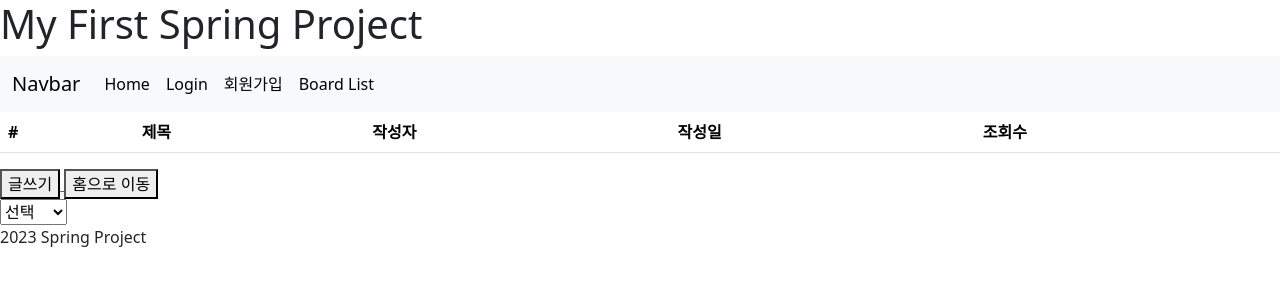
Repository: HongSeungBo/secondspring
Page: http://localhost/spring_test/WEB-INF/views/board/list.jsp
An editor plug-in stored every save of this project. The page is shown before and after the next save, followed by the edit.
The browser window is 1280 px wide. The pictures show the whole page.
The page is served by Tomcat 9. Nobody is signed in. The template is opened directly, without the code that normally fills it, so the values that code supplies are empty.

Above is the page before, as saved 2023-10-10 07:19:21.

After the next save:
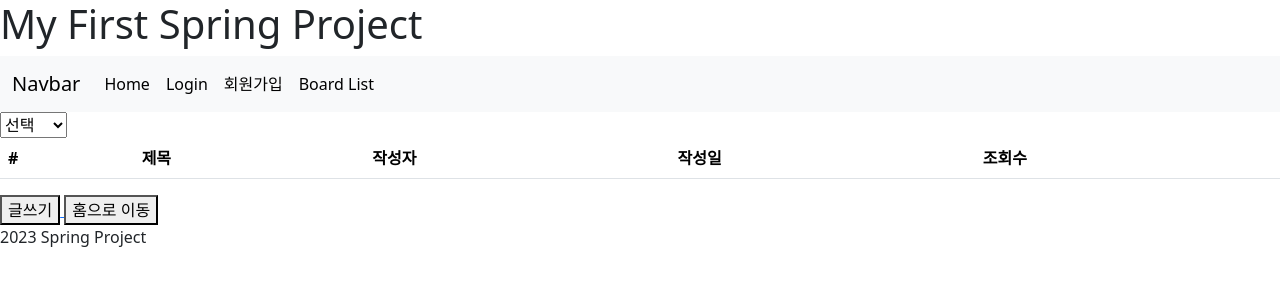
Saved 118 s later.
--- a/spring test/src/main/webapp/WEB-INF/views/board/list.jsp
+++ b/spring test/src/main/webapp/WEB-INF/views/board/list.jsp
@@ -9,6 +9,16 @@
 </head>
 <body>
 <jsp:include page="../layout/header.jsp"></jsp:include>
+
+<!-- 검색 라인 -->
+	<form action="" method="post">
+		<select name="type">
+			<option name="typed">선택</option>
+			<option name="typed" value="t">제목</option>
+			<option name="typed" value="w">작성자</option>
+			<option name="typed" value="c">내용</option>
+		</select>
+	</form>
 
 <table class="table table-hover">
 	<thead>
@@ -46,15 +56,7 @@ if(isOk==1){
 		<button type="button">홈으로 이동</button>
 	</a>
 
-	<!-- 검색 라인 -->
-	<form action="" method="post">
-		<select name="type">
-			<option name="typed">선택</option>
-			<option name="typed" value="t">제목</option>
-			<option name="typed" value="w">작성자</option>
-			<option name="typed" value="c">내용</option>
-		</select>
-	</form>
+
 
 <jsp:include page="../layout/footer.jsp"></jsp:include>
 </body>
